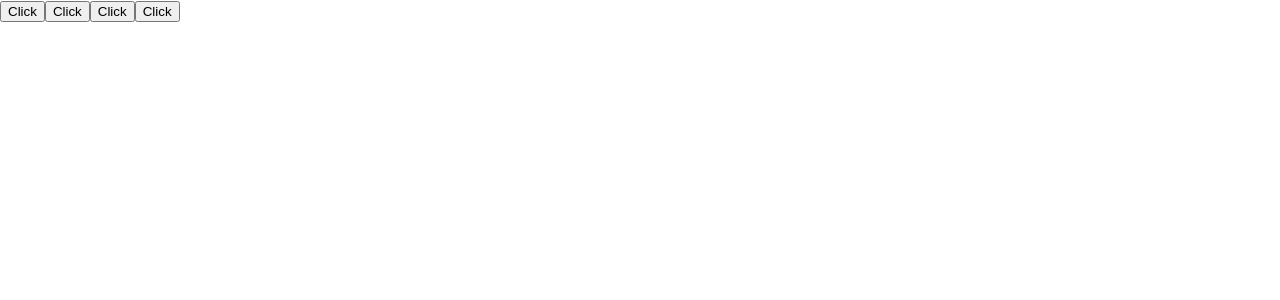
Repository: Mira757/capacitacao-React-Next.js-basico
Page: /basicos/botao
The author's editor kept a copy of each file at every save. The page is drawn from the files as they stood at one save, then again after the next save.
The browser window is 1280 px wide. The pictures show the whole page.
The project was rebuilt for these pictures with package versions that can differ from the ones it lists, and the page was loaded fresh each time. The framework's server and built-in components were replaced by stand-ins that run in the browser. Also part of the build but not shown: next.config.js, pages/css/integracao1.css.

Above is the page before, as saved 2022-03-10 23:02:00.

### pages/_app.js
import '../styles/globals.css'
import './css/integracao1.css'

function MyApp({ Component, pageProps }) {
  return <Component {...pageProps} />
}

export default MyApp

### pages/basicos/botao.jsx
function acao1 () {
  console.log("acao1")
}

export default function botao () {

  function acao2() {
    console.log("acao2")
  }

  return (
    <div>
      <button onClick={acao1}>Click</button>
      <button onClick={acao2}>Click</button>
      <button onClick={function () {
        console.log("acao3")
      }}>Click</button>
      <button onClick={() => console.log("acao4")}>Click</button>
    </div>
  )
}

Loaded but not shown: styles/globals.css (common file)

After the next save:
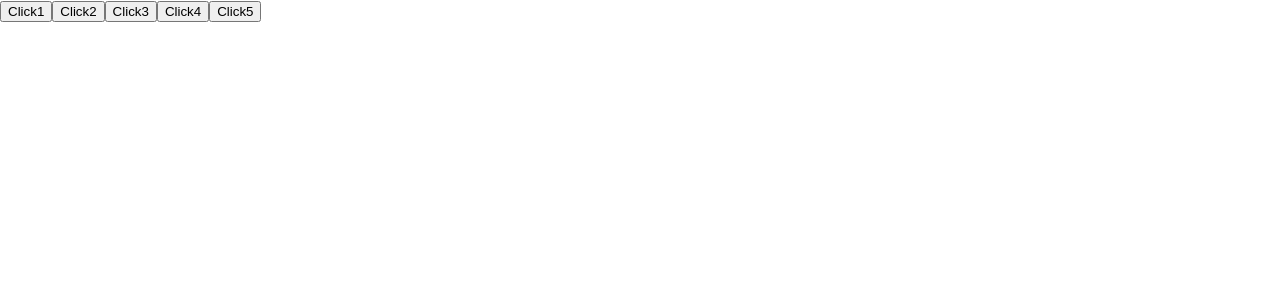
Saved 90 s later.
--- a/pages/basicos/botao.jsx
+++ b/pages/basicos/botao.jsx
@@ -8,14 +8,19 @@ export default function botao () {
     console.log("acao2")
   }
 
+  function acao5(e) {
+    console.log(e)
+  }
+
   return (
     <div>
-      <button onClick={acao1}>Click</button>
-      <button onClick={acao2}>Click</button>
+      <button onClick={acao1}>Click1</button>
+      <button onClick={acao2}>Click2</button>
       <button onClick={function () {
         console.log("acao3")
-      }}>Click</button>
-      <button onClick={() => console.log("acao4")}>Click</button>
+      }}>Click3</button>
+      <button onClick={() => console.log("acao4")}>Click4</button>
+      <button onClick={acao5}>Click5</button>
     </div>
   )
 }
